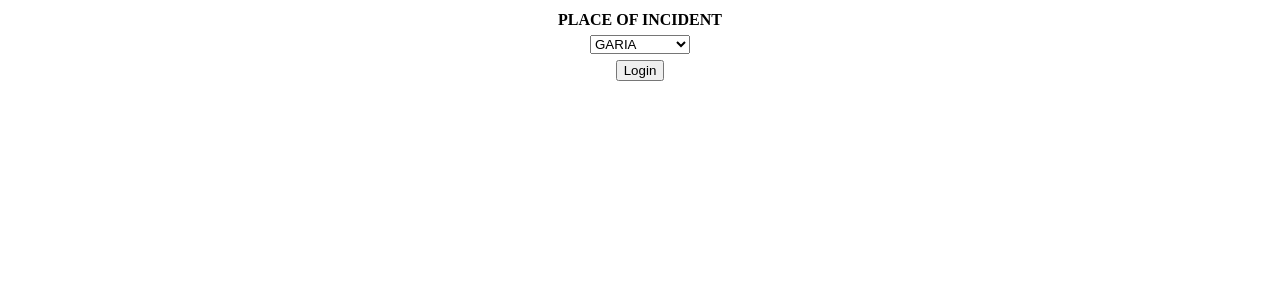
Repository: jeetlovely/ems
Page: EmergencyManagement/WebContent/accident.html
An editor plug-in stored every save of this project. The page is shown before and after the next save, followed by the edit.
The browser window is 1280 px wide. The pictures show the whole page.

Above is the page before, as saved 2018-04-25 09:10:59.

### EmergencyManagement/WebContent/accident.html
<!DOCTYPE html>
<html>
<head>
<meta charset="ISO-8859-1">
<title>Insert title here</title>
</head>
<body>
<form action="success1">

<table align="center">
<tr><th colspan="2">PLACE OF INCIDENT</th></tr>
<table align="center">
<tr><th colspan="2">
<select>
  <option value="garia">GARIA</option>
  <option value="newgaria">NEW GARIA</option>
  <option value="dumdum">DUMDUM</option>
  <option value="belghoria">BELGHORIA</option>
  <option value="jadavpur">JADAVPUR</option>
  <option value="kasba">KASBA</option>
</select>
</table>

<table align="center">
<tr><td colspan="2"><input type="submit" value="Login"></td></tr>
</table>
</table>
</form>

</body>
</html>

After the next save:
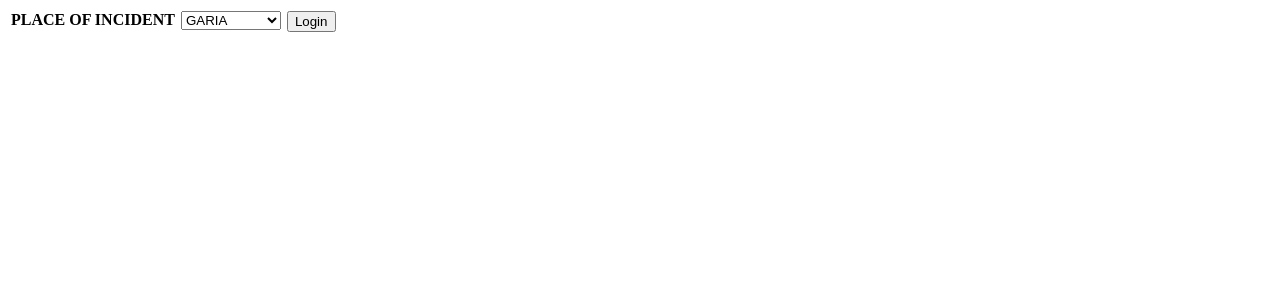
Saved 4 min 40 s later.
--- a/EmergencyManagement/WebContent/accident.html
+++ b/EmergencyManagement/WebContent/accident.html
@@ -7,9 +7,9 @@
 <body>
 <form action="success1">
 
-<table align="center">
+<table align="left">
 <tr><th colspan="2">PLACE OF INCIDENT</th></tr>
-<table align="center">
+<table align="left">
 <tr><th colspan="2">
 <select>
   <option value="garia">GARIA</option>
@@ -21,7 +21,7 @@
 </select>
 </table>
 
-<table align="center">
+<table align="left">
 <tr><td colspan="2"><input type="submit" value="Login"></td></tr>
 </table>
 </table>
